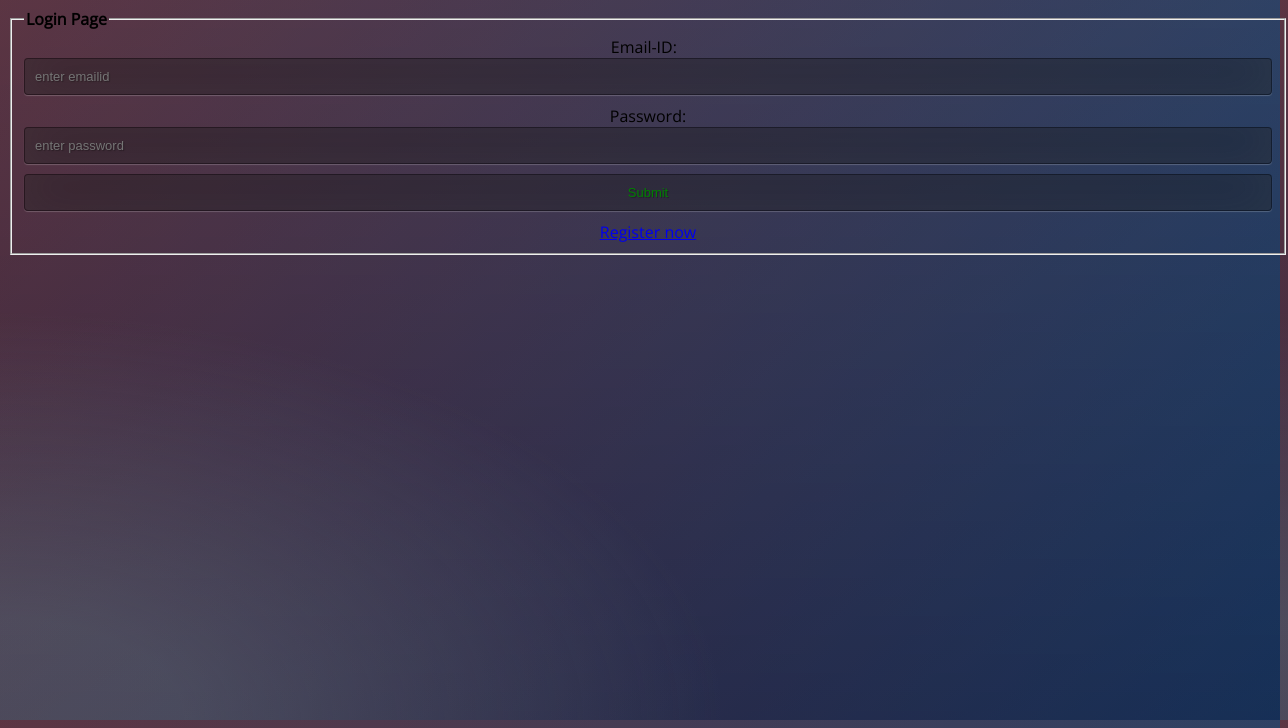
Repository: Tharungandhi/ServeltProject
Page: ServletJDBCApp/WebContent/login.html
The author's editor kept a copy of each file at every save. The page is drawn from the files as they stood at one save, then again after the next save.
The browser window is 1280 px wide. The page is 1288 px wide, so the pictures cover 1288 px, including what lies to the right of the window. The pictures show the whole page.

Above is the page before, as saved 2019-01-29 11:00:01.

After the next save:
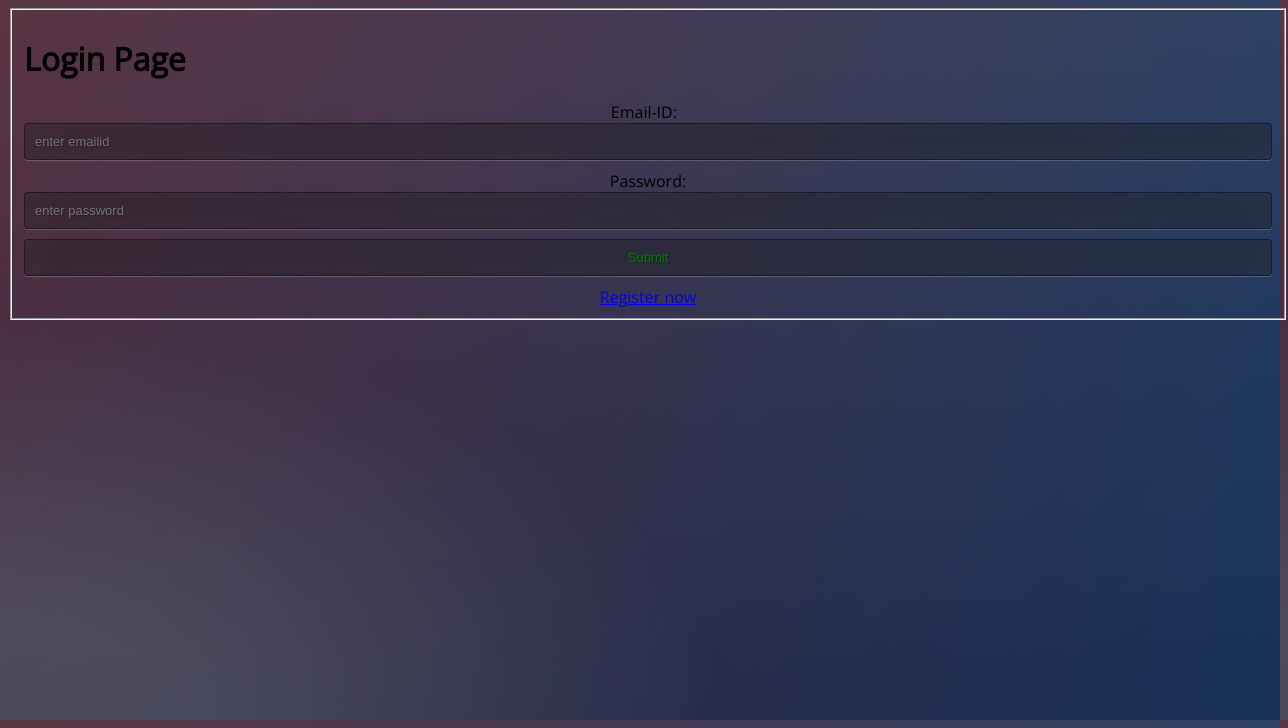
Saved 4 min 14 s later.
--- a/ServletJDBCApp/WebContent/login.html
+++ b/ServletJDBCApp/WebContent/login.html
@@ -84,7 +84,7 @@ input:focus { box-shadow: inset 0 -5px 45px rgba(100,100,100,0.4), 0 1px 1px rgb
 <form action="login" method="post">
 
 <fieldset>
-<legend><b> Login Page</b></legend>
+<h1>Login Page</h1>
 <div align="center">
 <div>
 <label>Email-ID:</label>
